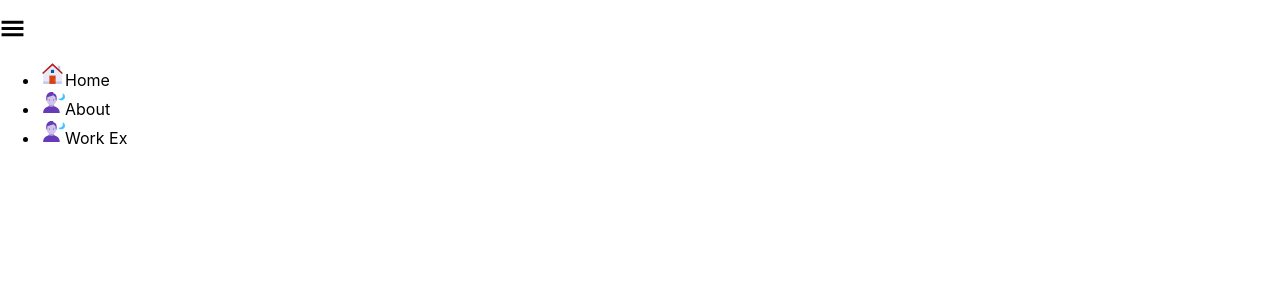
Repository: Laoye99/portfolio
Page: /
The author's editor kept a copy of each file at every save. The page is drawn from the files as they stood at one save, then again after the next save.
The browser window is 1280 px wide. The pictures show the whole page.
The project was rebuilt for these pictures with package versions that can differ from the ones it lists, and the page was loaded fresh each time. Also part of the build but not shown: src/App.css.

Above is the page before, as saved 2024-02-13 09:51:10.

After the next save:
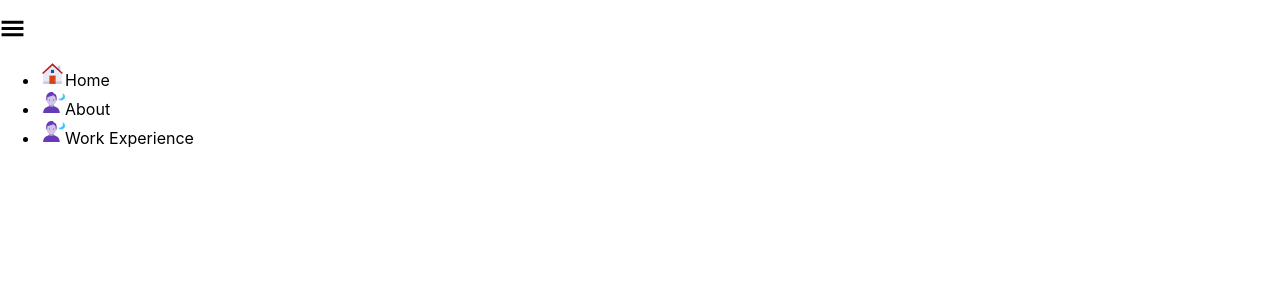
Saved 4 s later.
--- a/src/components/Navbar.js
+++ b/src/components/Navbar.js
@@ -50,7 +50,7 @@ const Navbar = () => {
         offset={-100}
         >
         <FcNightPortrait size={25}/>
-        Work Ex
+        Work Experience
         </Link>
         </li>
         </ul>
